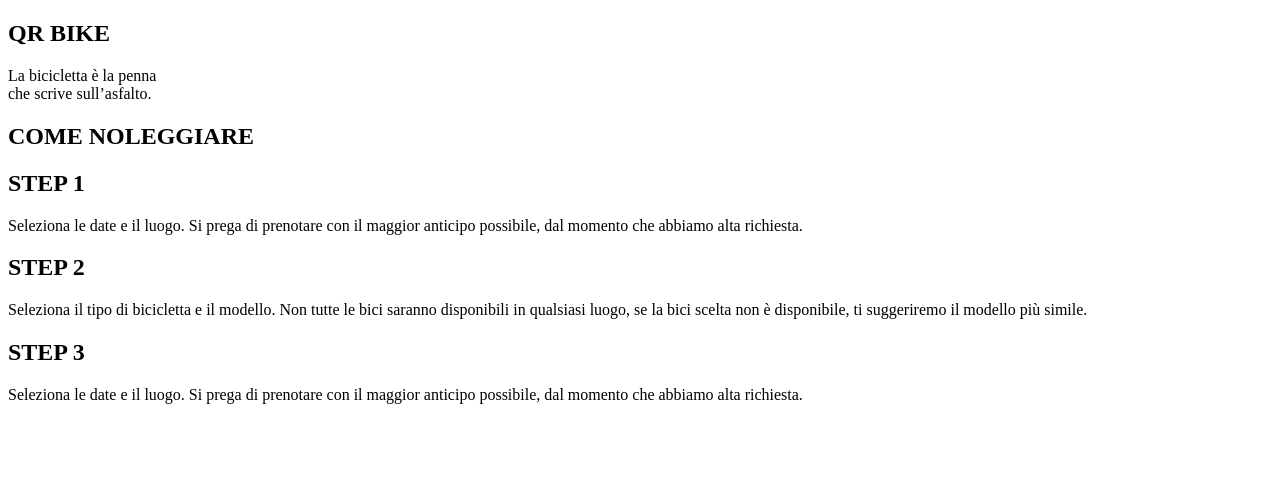
Repository: andrealepori/qrbike
Page: index.html
An editor plug-in stored every save of this project. The page is shown before and after the next save, followed by the edit.
The browser window is 1280 px wide. The pictures show the whole page.
Some web fonts or font styles are not loaded; a fallback is used.

Above is the page before, as saved 2020-09-21 17:28:43.

### index.html
<!DOCTYPE html>
<html lang="en">
<head>
    <meta charset="UTF-8">
    <meta name="viewport" content="width=device-width, initial-scale=1.0">
    <title>Home - QR BIKE</title>


	<link type="text/css" rel="stylesheet" href="css/style.css" />

</head>
<body>



  <section id="hero1" class="hero">





    <div>

      <h1 class="yellowtitle"> QR BIKE</h1>
      <p class="subtitle">La bicicletta è la penna<br>
        che scrive sull’asfalto.
      </div>

  </section>




<section>

      <h1 class="titolo">COME NOLEGGIARE </h1>

    </div>
    </div>
  </section>



  <div class="support-grid">

  <section class="grid-1">
    <div class="item-1">
      <h1 class="step"><bold>STEP 1</bold> </h1>


      <p class="nero">
        Seleziona le date e il luogo.
        Si prega di prenotare con il maggior anticipo possibile,
         dal momento che abbiamo alta richiesta. </p>
    </div>
    <div class="item-2">

      <h1 class="step"><bold>STEP 2</bold> </h1>


      <p class="nero">
        Seleziona il tipo di bicicletta e il modello.
         Non tutte le bici saranno disponibili in qualsiasi luogo, se la bici scelta non è disponibile,
        ti suggeriremo il modello più simile.
        </p>


    </div>
    <div class="item-3">


      <h1 class="step"><bold>STEP 3
      </bold> </h1>


      <p class="nero">
        Seleziona le date e il luogo.
        Si prega di prenotare con il maggior anticipo possibile,
                dal momento che abbiamo alta richiesta.

        </p>


    </div>

  </section>
</div>

<div class="gallery">





</div>










</body>




	<link rel="stylesheet" href="css/style.css"/>
	<!-- bootstrap-->
	<link href="https://fonts.googleapis.com/css?family=Droid+Sans:400,700" rel="stylesheet">

</html>

Loaded but not shown: style.css (no stored copy; drawn as an empty file)

After the next save:
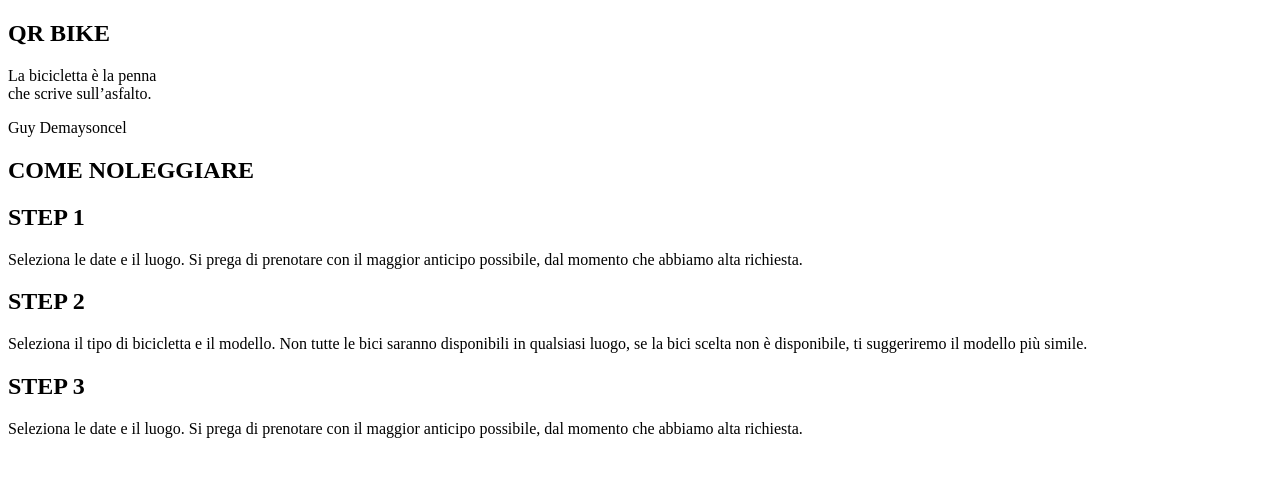
Saved 84 s later.
--- a/index.html
+++ b/index.html
@@ -24,6 +24,7 @@
       <h1 class="yellowtitle"> QR BIKE</h1>
       <p class="subtitle">La bicicletta è la penna<br>
         che scrive sull’asfalto.
+        <p class="citazione">Guy Demaysoncel</p>
       </div>
 
   </section>
